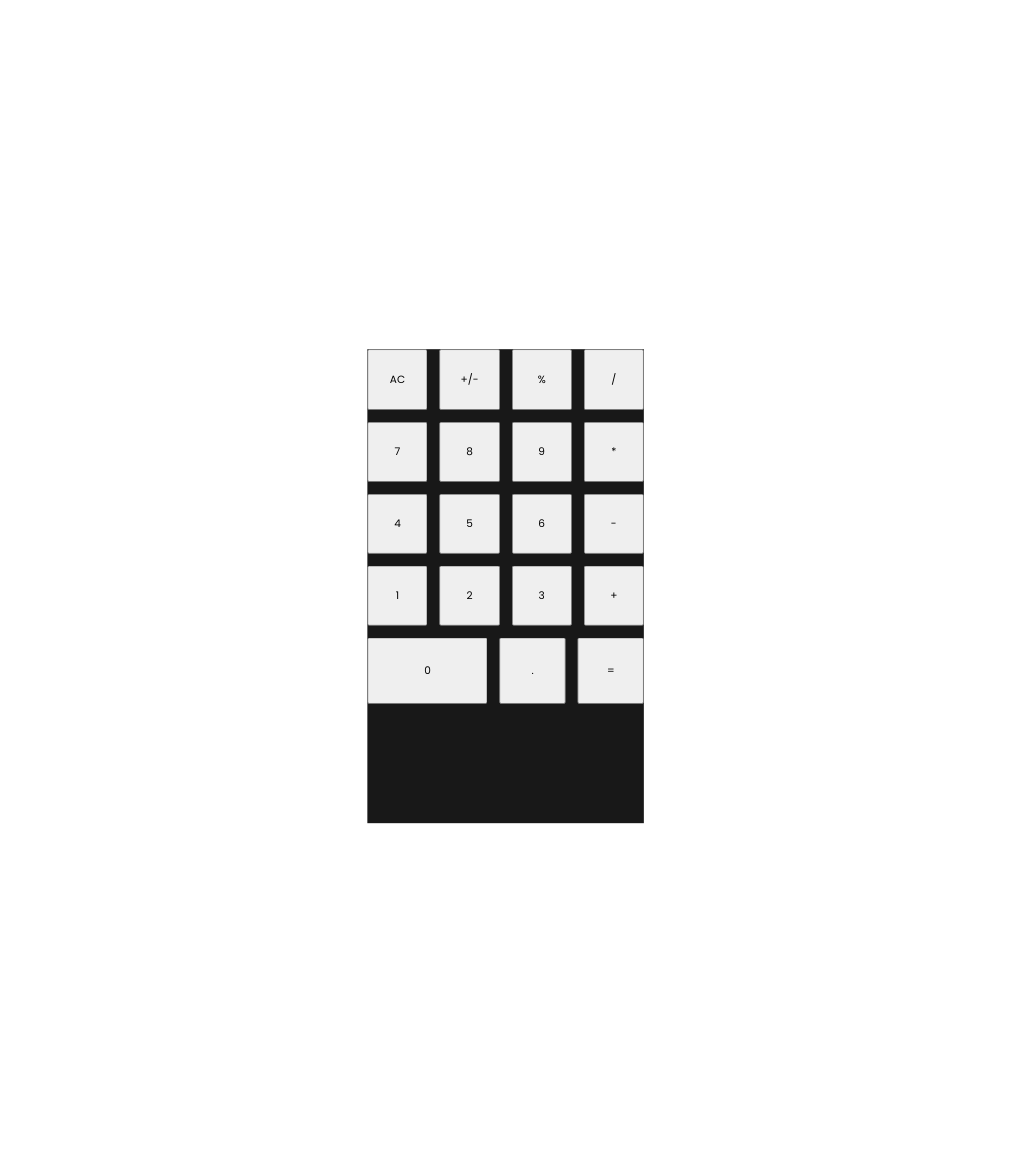
Repository: minhtien9/Calculator
Page: /
The author's editor kept a copy of each file at every save. The page is drawn from the files as they stood at one save, then again after a run of saves.
The browser window is 1280 px wide. The pictures show the whole page, at 79% of full size.
The project was rebuilt for these pictures with package versions that can differ from the ones it lists, and the page was loaded fresh each time. Also part of the build but not shown: src/App.css.

Above is the page before, as saved 2022-07-21 18:32:21.

### src/index.js
import React from "react";
import ReactDOM from "react-dom/client";
import App from "./App";

const root = ReactDOM.createRoot(document.getElementById("root"));
root.render(
    <React.StrictMode>
        <App />
    </React.StrictMode>
);

// If you want to start measuring performance in your app, pass a function
// to log results (for example: reportWebVitals(console.log))
// or send to an analytics endpoint. Learn more: https://bit.ly/CRA-vitals

### src/App.js
import "./App.css";
import Caculator from "./Components/Caculator";

function App() {
    return (
        <div className='App'>
            <Caculator />
        </div>
    );
}

export default App;

### src/Components/Caculator.jsx
import React from "react";
import "./Caculator.scss";

const Caculator = () => {
    return (
        <div className='caculator'>
            <section className='keyboard'>
                <div className='keyboard-row'>
                    <button className='one-block'>AC</button>
                    <button className='one-block'> +/- </button>
                    <button className='one-block'> % </button>
                    <button className='one-block'>/</button>
                </div>

                <div className='keyboard-row'>
                    <button className='one-block'>7</button>
                    <button className='one-block'>8</button>
                    <button className='one-block'>9</button>
                    <button className='one-block'>*</button>
                </div>

                <div className='keyboard-row'>
                    <button className='one-block'>4</button>
                    <button className='one-block'>5</button>
                    <button className='one-block'>6</button>
                    <button className='one-block'>-</button>
                </div>

                <div className='keyboard-row'>
                    <button className='one-block'>1</button>
                    <button className='one-block'>2</button>
                    <button className='one-block'>3</button>
                    <button className='one-block'>+</button>
                </div>

                <div className='keyboard-row'>
                    <button className='two-block'>0</button>
                    <button className='one-block'> .</button>
                    <button className='one-block'> =</button>
                </div>
            </section>
        </div>
    );
};

export default Caculator;

### src/Components/Caculator.scss
@import url("https://fonts.googleapis.com/css2?family=Poppins:ital,wght@0,100;0,200;0,300;0,400;0,500;0,600;0,700;0,800;0,900;1,100;1,200;1,300;1,400;1,500;1,600;1,700;1,800;1,900&display=swap");

* {
    font-family: "Poppins";
}

.caculator {
    width: 350px;
    height: 600px;
    margin: 35% auto;
    background-color: rgb(24, 24, 24);
}

.keyboard {
    display: flex;
    flex-direction: column;
    gap: 15px;
}

.keyboard-row {
    display: flex;
    gap: 15px;
    .one-block {
        width: 25%;
        aspect-ratio: 1/1;
    }

    .two-block {
        width: calc(50% - 15px);
        aspect-ratio: 2/1;
    }
}

Loaded but not shown: public/index.html (common file)

After the next 2 saves:
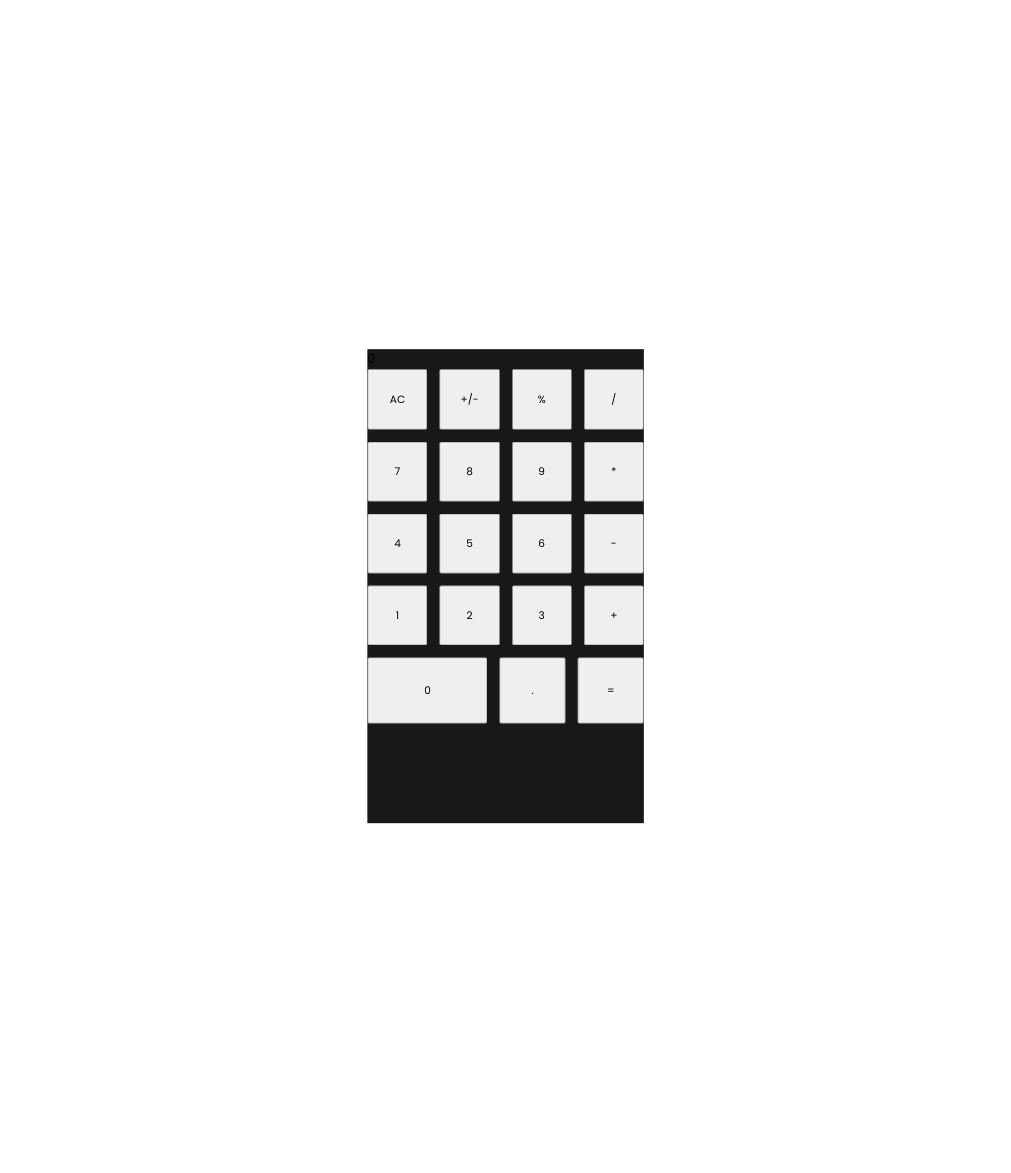
The 2 saves are shown as one change because they came seconds apart.
The last was saved 73 s later.
--- a/src/Components/Caculator.jsx
+++ b/src/Components/Caculator.jsx
@@ -4,6 +4,8 @@ import "./Caculator.scss";
 const Caculator = () => {
     return (
         <div className='caculator'>
+            <section className='monitor'>0</section>
+
             <section className='keyboard'>
                 <div className='keyboard-row'>
                     <button className='one-block'>AC</button>
